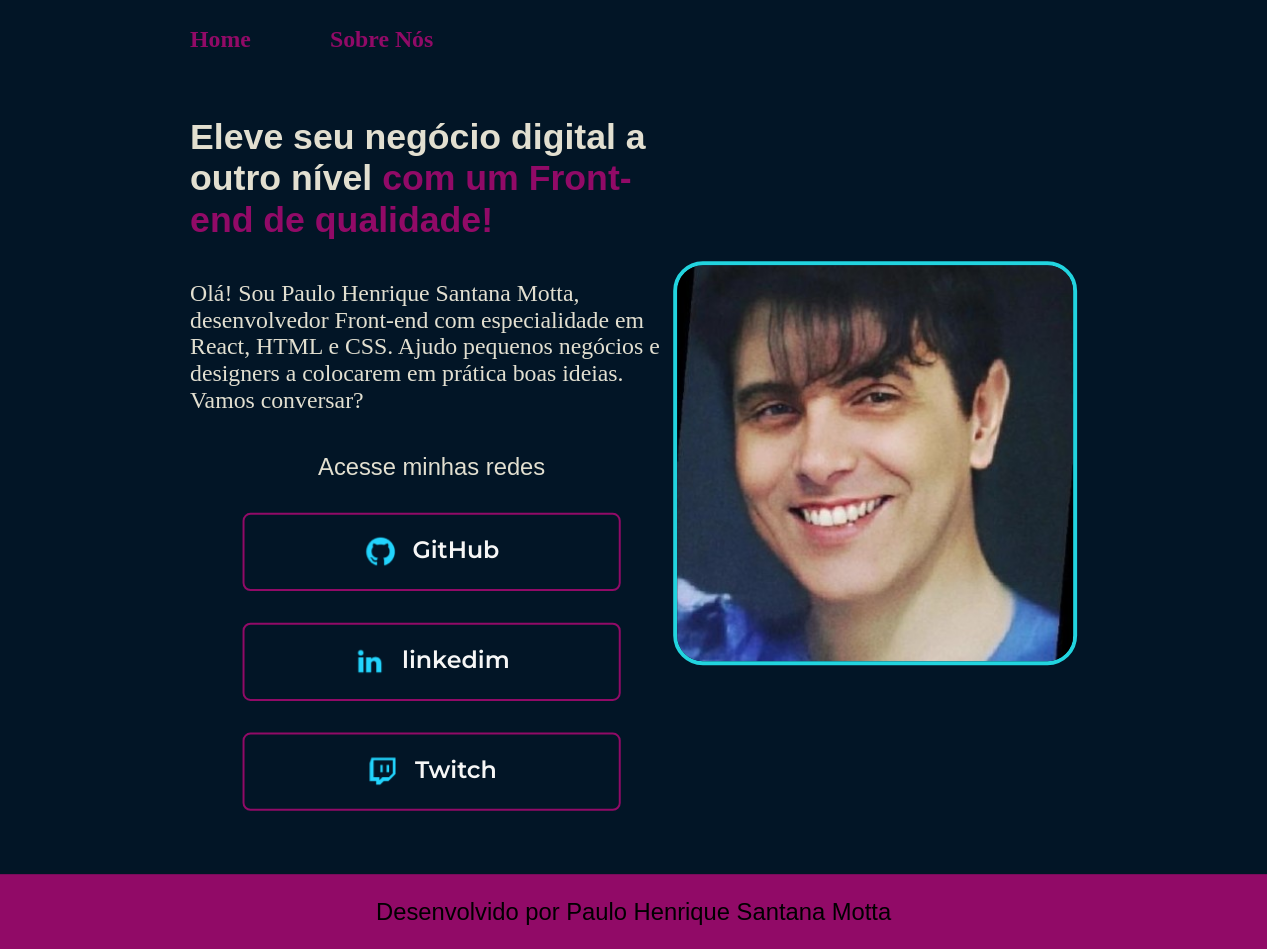
Repository: phsmottanerd/projeto-portfolio-alura
Page: index.html
These files come from the project's save history. The page is drawn as it stood at one moment and after the next save; the edit follows.
The browser window is 1280 px wide. The pictures show the whole page, at 99% of full size.
Some web fonts or font styles are not loaded; a fallback is used.

Above is the page before, as saved 2025-01-28 02:33:51.

After the next save:
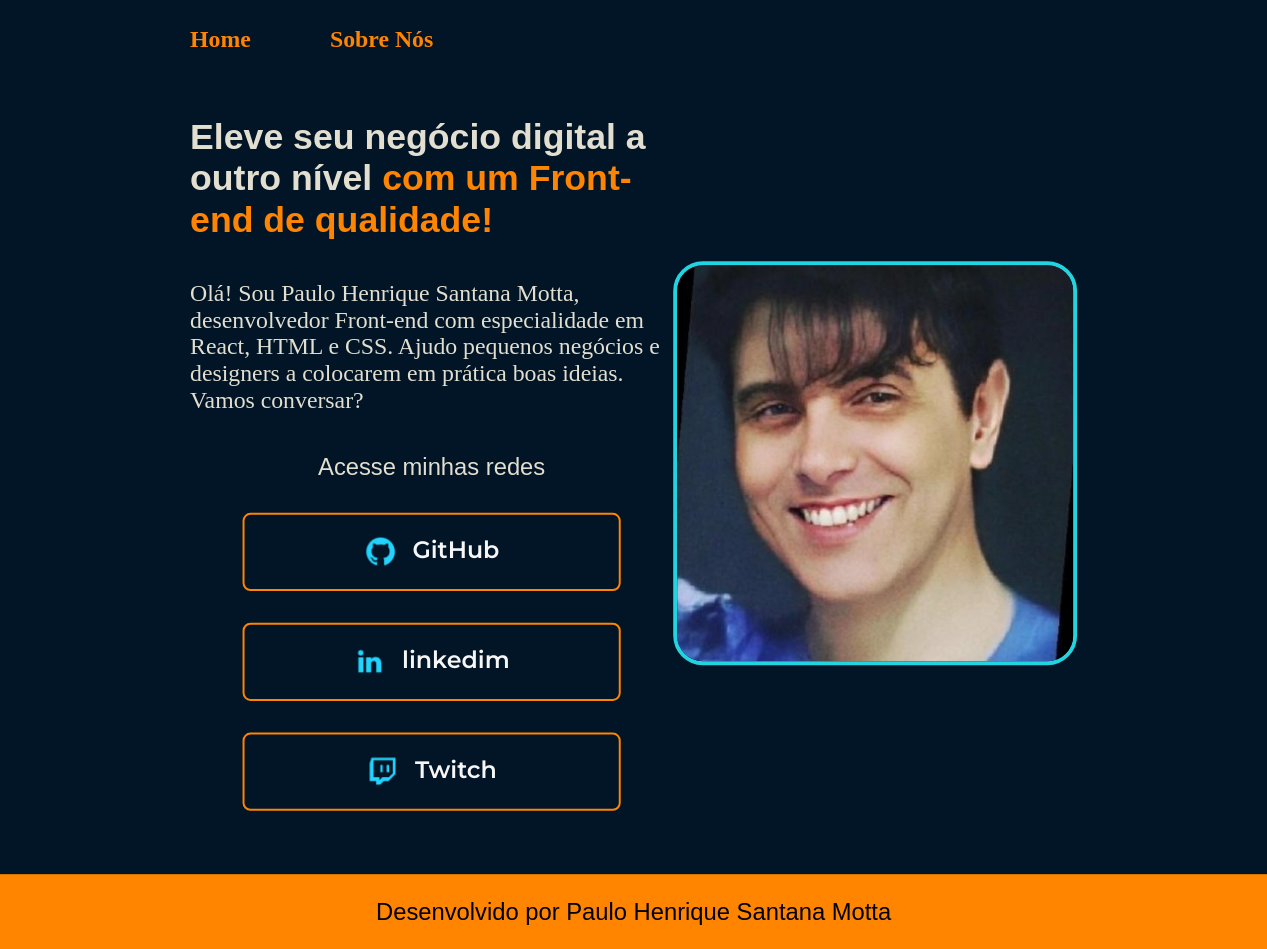
Saved 95 s later.
--- a/estilos/style.css
+++ b/estilos/style.css
@@ -3,7 +3,7 @@
 :root {
   --cor-primaria: #021526;
   --cor-secundaria: #E2DFD0;
-  --cor-terciaria:#910A67;
+  --cor-terciaria:#FF8400;
   --cor-hover: #E3651D;
 
   --font-primaria: "Krona One", sans-serif;
